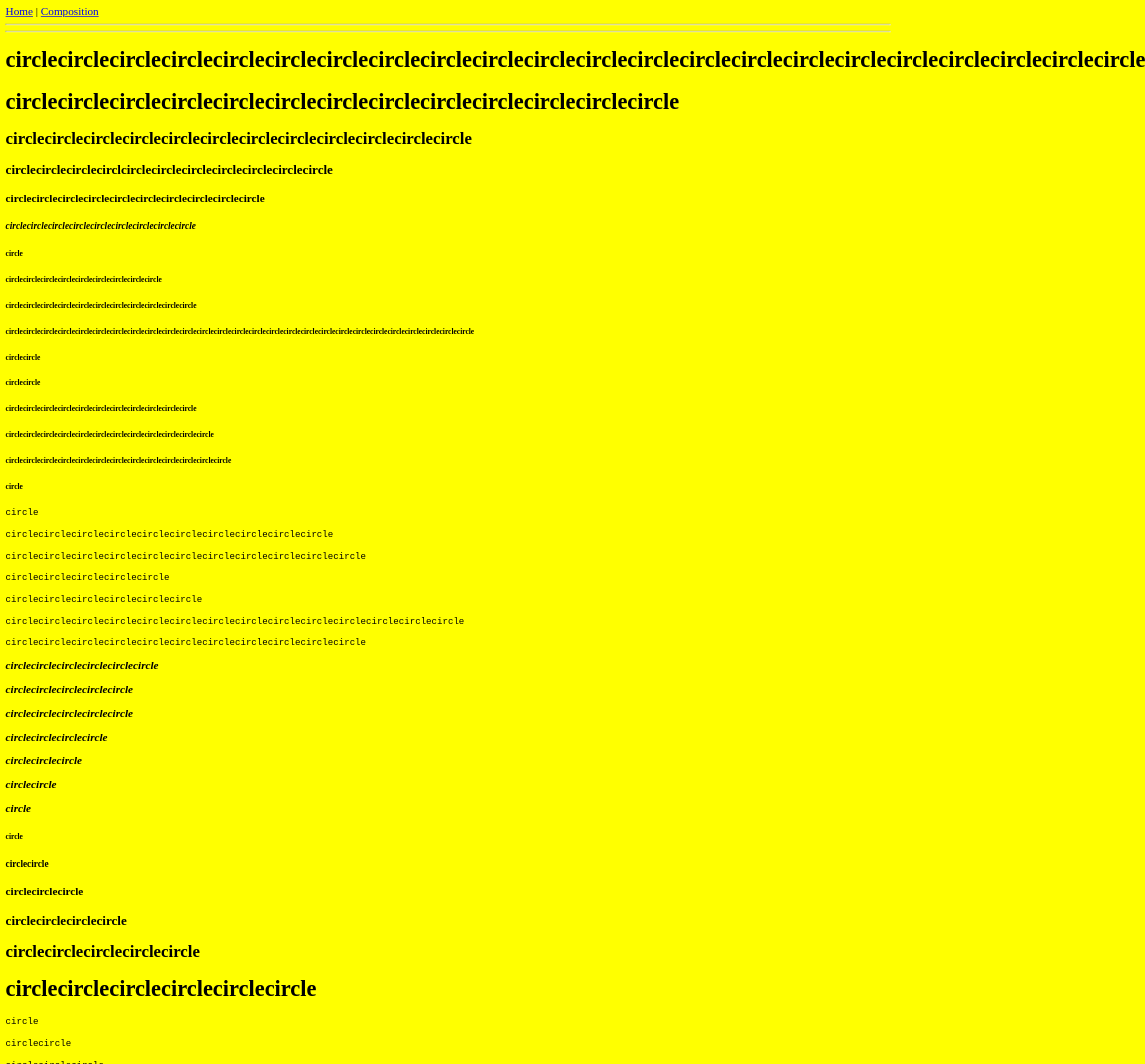
Repository: parkh899/parkh899.github.io
Page: lab/composition.html
The author's editor kept a record of every edit. The page is drawn from the files as they stood at one moment, then again after the next edit.
The browser window is 1280 px wide. The page is 1636 px wide, so the pictures cover 1636 px, including what lies to the right of the window. The pictures show the part of the page from y = 0 to 1520 px (the page is 3889 px tall), at 70% of full size.

Above is the page before.

### lab/composition.html
<html>

<a href = "../index.html">Home</a> | <a href = "index.html">Composition</a>

    <br>
    <hr>
    <hr>

    <body bgcolor="yellow">

<h1>circlecirclecirclecirclecirclecirclecirclecirclecirclecirclecirclecirclecirclecirclecirclecirclecirclecirclecirclecirclecirclecircle</h1>
<h1>circlecirclecirclecirclecirclecirclecirclecirclecirclecirclecirclecirclecircle</h1>
<h2>circlecirclecirclecirclecirclecirclecirclecirclecirclecirclecirclecircle</h2>
<h3>circlecirclecirclecirclcirclecirclecirclecirclecirclecirclecircle</h3>
<h4>circlecirclecirclecirclecirclecirclecirclecirclecirclecircle</h4>
<h5><i>circlecirclecirclecirclecirclecirclecirclecirclecircle</i></h5>
<h6>circle</h6>
<h6>circlecirclecirclecirclecirclecirclecirclecirclecircle</h6>
<h6>circlecirclecirclecirclecirclecirclecirclecirclecirclecirclecircle</h6>
<h6>circlecirclecirclecirclecirclecirclecirclecirclecirclecirclecirclecirclecirclecirclecirclecirclecirclecirclecirclecirclecirclecirclecirclecirclecirclecirclecircle</h6>
<h6>circlecircle</h6>
<h6>circlecircle</h6>
<h6>circlecirclecirclecirclecirclecirclecirclecirclecirclecirclecircle</h6>
<h6>circlecirclecirclecirclecirclecirclecirclecirclecirclecirclecirclecircle</h6>
<h6>circlecirclecirclecirclecirclecirclecirclecirclecirclecirclecirclecirclecircle</h6>
<h6>circle</h6>
<p><code> circle </code></p>
<p><code> circlecirclecirclecirclecirclecirclecirclecirclecirclecircle </code></p>
<p><code> circlecirclecirclecirclecirclecirclecirclecirclecirclecirclecircle </code></p>
<p><code> circlecirclecirclecirclecircle</code></p>
<p><code> circlecirclecirclecirclecirclecircle </code></p>
<p><code> circlecirclecirclecirclecirclecirclecirclecirclecirclecirclecirclecirclecirclecircle </code></p>
<p><code> circlecirclecirclecirclecirclecirclecirclecirclecirclecirclecircle</code></p>
<p><strong><em>circlecirclecirclecirclecirclecircle</em></strong></p>
<p><strong><em> circlecirclecirclecirclecircle</em></strong></p>
<p><strong><em>circlecirclecirclecirclecircle</em></strong></p>
    <p><strong><em>circlecirclecirclecircle</em></strong></p>
        <p><strong><em>circlecirclecircle</em></strong></p>
            <p><strong><em>circlecircle</em></strong></p>
            <p><strong><em>circle</em></strong></p>
                <h6>circle</h6>
                <h5>circlecircle</h5>
                <h4>circlecirclecircle</h4>
                <h3>circlecirclecirclecircle</h3>
                <h2>circlecirclecirclecirclecircle</h2>
                <h1>circlecirclecirclecirclecirclecircle</h1>
                <p><code> circle</code></p>
<p><code> circlecircle </code></p>
<p><code> circlecirclecircle</code></p>
<p><code> circlecirclecirclecircle</code></p>
<p><code> circlecirclecirclecirclecircle </code></p>
<p><code> circlecirclecirclecirclecirclecircle </code></p>
<p><code> circlecirclecirclecirclecirclecirclecircle </code></p>
<p><strong><em>circlecirclecirclecirclecirclecircle</em></strong></p>
<p><strong><em> circlecirclecirclecirclecircle</em></strong></p>
<p><strong><em>circlecirclecirclecirclecircle</em></strong></p>
    <p><strong><em>circlecirclecirclecircle</em></strong></p>
        <p><strong><em>circlecirclecircle</em></strong></p>
            <p><strong><em>circlecircle</em></strong></p>
            <p><strong><em>circle</em></strong></p>
                <h1>circlecirclecirclecirclecirclecirclecirclecirclecirclecircle</h1>
<h2>circlecirclecirclecirclecircle</h2>
<h3>circlecirclecirclecircle</h3>
<h4>circlecirclecircle</h4>
<h5>circlecircle</h5>
<h6>circle</h6>
<p><code> circle<code></p>
<p><code> circlecircle <code></p>
<p><code> circlecirclecircle<code></p>
<p><code> circlecirclecirclecircle<code></p>
<p><code> circlecirclecirclecirclecircle <code></p>
<p><code> circlecirclecirclecirclecirclecircle <code></p>
<p><code> circlecirclecirclecirclecirclecirclecircle <code></p>
<p><strong><em>circlecirclecirclecirclecirclecircle</em></strong></p>
<p><strong><em> circlecirclecirclecirclecircle</em></strong></p>
<p><strong><em>circlecirclecirclecirclecircle</em></strong></p>
    <p><strong><em>circlecirclecirclecircle</em></strong></p>
        <p><strong><em>circlecirclecircle</em></strong></p>
            <p><strong><em>circlecircle</em></strong></p>
            <p><strong><em>circle</em></strong></p>
                <p><strong><em>circlecirclecirclecirclecirclecirclecircirclecircle</em></strong></p>
    <p><strong><em>circlecirclecirclecirclecirclecirclecircirclecirclecircle</em></strong></p>
            <p><strong><em>circlecirclecirclecirclecirclecirclecircirclecirclecircle</em></strong></p>
                    <p><strong><em>circlecirclecirclecirclecirclecirclecircirclecirclecirclecirclecircle</em></strong></p>
                            <p><strong><em>circlecirclecirclecirclecirclecirclecircirclecirclecirclecirclecirclecircle</em></strong></p>
                                    <p><strong><em>circlecirclecirclecirclecirclecirclecircirclecirclecirclecircle</em></strong></p>
                                            <p><strong><em>circlecirclecirclecirclecirclecirclecircirclecirclecirclecirclecirclecirclecirclecirclecirclecirclecirclecircirclecirclecirclecirclecirclecircle</em></strong></p>
                                                <p><code> circle</code></p>
<p><code> circlecirclecircle </code></p>
<p><code> circlecirclecirclecircle</code></p>
<p><code> circlecirclecirclecirclecircle</code></p>
<p><code> circlecirclecirclecirclecirclecircle </code></p>
<p><code> circlecirclecirclecirclecirclecirclecircle</code></p>
<p><code>circlecirclecirclecirclecirclecirclecirclecirclecirclecirclecircle </code></p>
<p><code>circlecirclecirclecirclecirclecirclecirclecirclecirclecirclecirclecirclecirclecirclecirclecirclecirclecirclecirclecirclecirclecirclecirclecirclecirclecirclecirclecirclecirclecirclecirclecirclecirclecirclece</code></p>
<p><strong><em>circlecirclecirclecirclecirclecircle</em></strong></p>
<p><strong><em> circlecirclecirclecirclecircle</em></strong></p>
<p><strong><em>circlecirclecirclecirclecircle</em></strong></p>
    <p><strong><em>circlecirclecirclecirclecirclecirclecirclecirclecirclecircle</em></strong></p>
        <p><strong><em>circlecirclecirclecirclecirclecirclecirclecirclecirclecirclecirclecirclecirclecirclecircle</em></strong></p>
            <p><strong><em>circlecirclecirclecirclecirclecirclecirclecircle</em></strong></p>
            <i><p><strong><em>circle</em></strong></p></i>
                <h6>circle</h6>
                <h5>circlecircle</h5>
                <h4>circlecirclecircle</h4>
                <h3>circlecirclecirclecircle</h3>
                <h2>circlecirclecirclecirclecircle</h2>
                <h1>circlecirclecirclecirclecirclecirclcirclecirclecirclecirclecirclecircle</h1>
                <p><code> circle </code></p>

            <p><code> circlecirclecircle </code></p>
<p><code> circlecirclecirclecircle</code></p>
<p><code> circlecirclecirclecirclecircle</code></p>
<p><code> circlecirclecirclecirclecirclecircle </code></p>
<p><code> circlecirclecirclecirclecirclecirclecircle</code></p>
<p><code>circlecirclecirclecirclecirclecirclecirclecirclecirclecirclecircle</code></p>
<p><code>circlecirclecirclecirclecirclecirclecirclecirclecirclecirclecirclecirclecirclecirclecirclecirclecirclecirclecirclecirclecirclecirclecirclecirclecirclecirclecirclecirclecir</code></p>
<p><strong><em>circlecirclecirclecirclecirclecirclecirclecirclecirclecirclecirclecirclecirclecirclecirclecirclecirclecirclecirclecirclecirclecirclecirclecirclecirclecirclecirclecirclecirclecirclecircle</em></strong></p>
<p><strong><em> circlecirclecirclecirclecircle</em></strong></p>
<p><strong><em>circlecirclecirclecirclecirclecirclecirclecirclecirclecirclecirclecirclecirclecirclecirclecirclecirclecirclecirclecirclecirclecir</em></strong></p>
    <p><strong><em>circlecirclecirclecircle</em></strong></p>
        <p><strong><em>circlecirclecircle</em></strong></p>
            <p><strong><em>circlecircle</em></strong></p>
            <p><strong><em>circle<</em></strong></p>
                <p><strong><em>circlecirclecircle</em></strong></p>
                <p><strong><em>circlecirclecirclecircle</em></strong></p>

</body>

</html>

After the next edit:
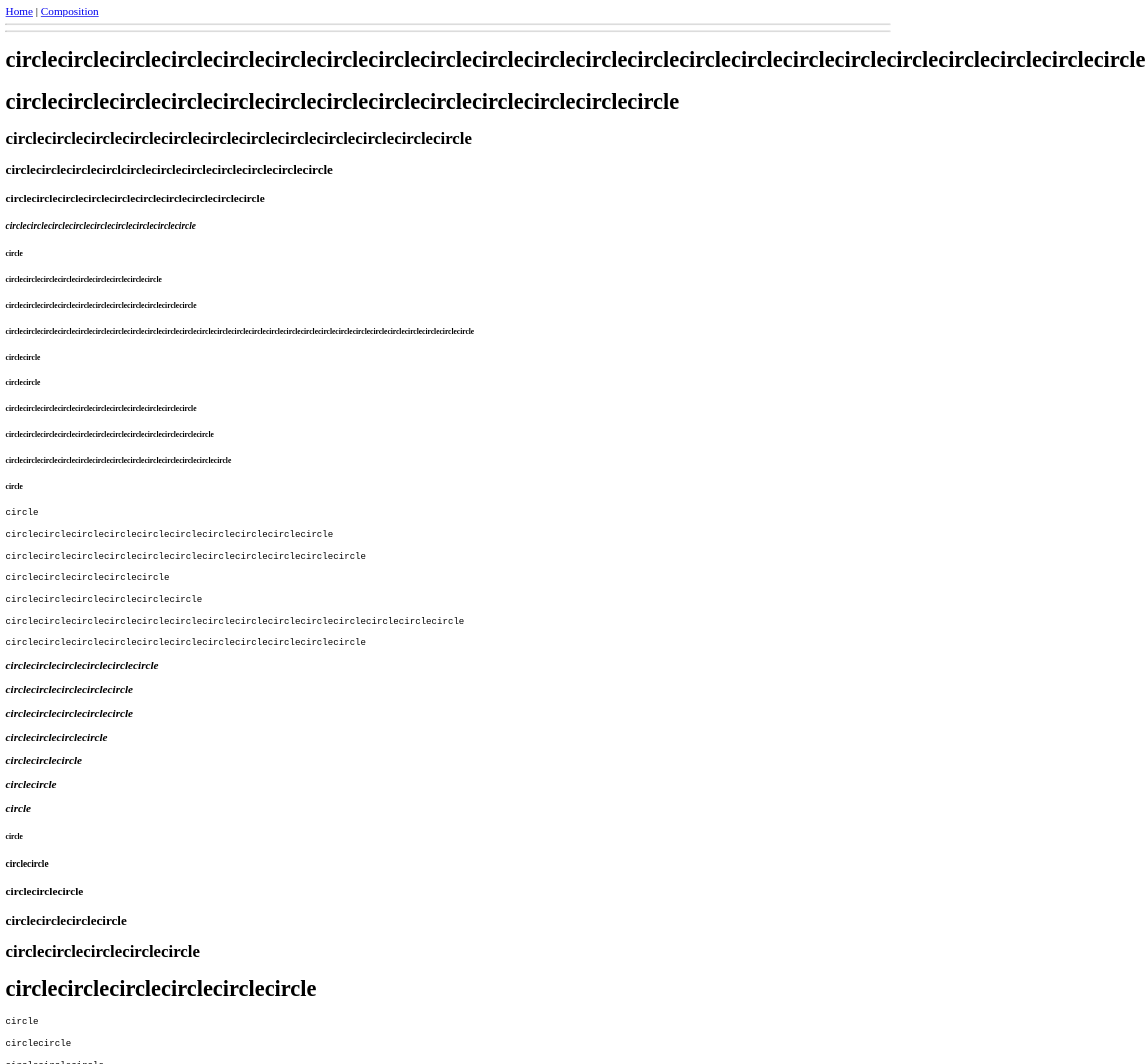
The edit:
--- a/lab/composition.html
+++ b/lab/composition.html
@@ -6,7 +6,7 @@
     <hr>
     <hr>
 
-    <body bgcolor="yellow">
+    <body>
 
 <h1>circlecirclecirclecirclecirclecirclecirclecirclecirclecirclecirclecirclecirclecirclecirclecirclecirclecirclecirclecirclecirclecircle</h1>
 <h1>circlecirclecirclecirclecirclecirclecirclecirclecirclecirclecirclecirclecircle</h1>
